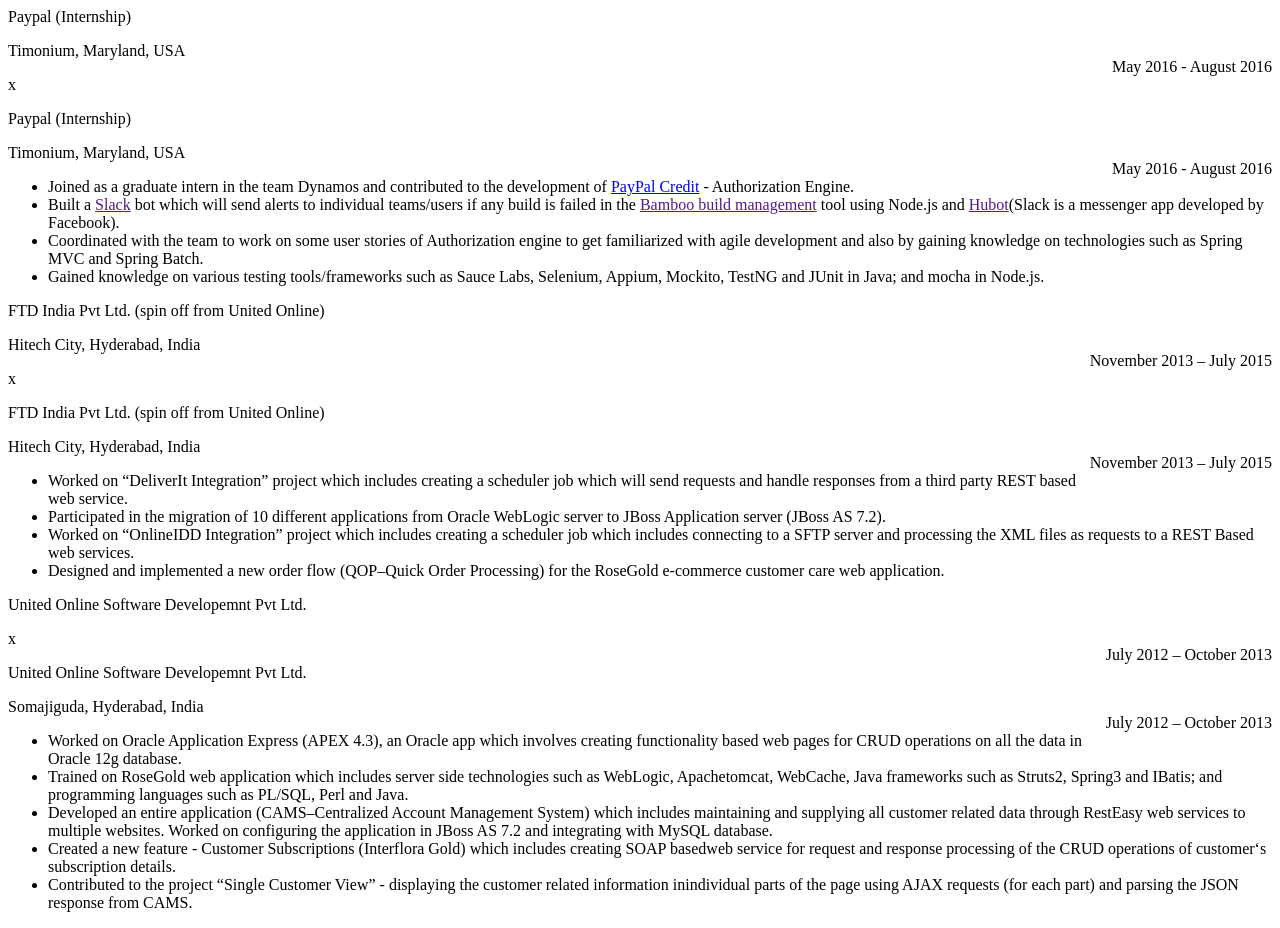
Repository: phanindrakannaji/Resume
Page: http://localhost/application/pages/experience.php
The author's editor kept a copy of each file at every save. The page is drawn from the files as they stood at one save, then again after the next save.
The browser window is 1280 px wide. The pictures show the whole page.
The page is run by PHP 8.4 with error messages shown; the project is at /var/www/html/.

Above is the page before, as saved 2016-09-25 17:03:59.
Console error: ReferenceError: $ is not defined

After the next save:
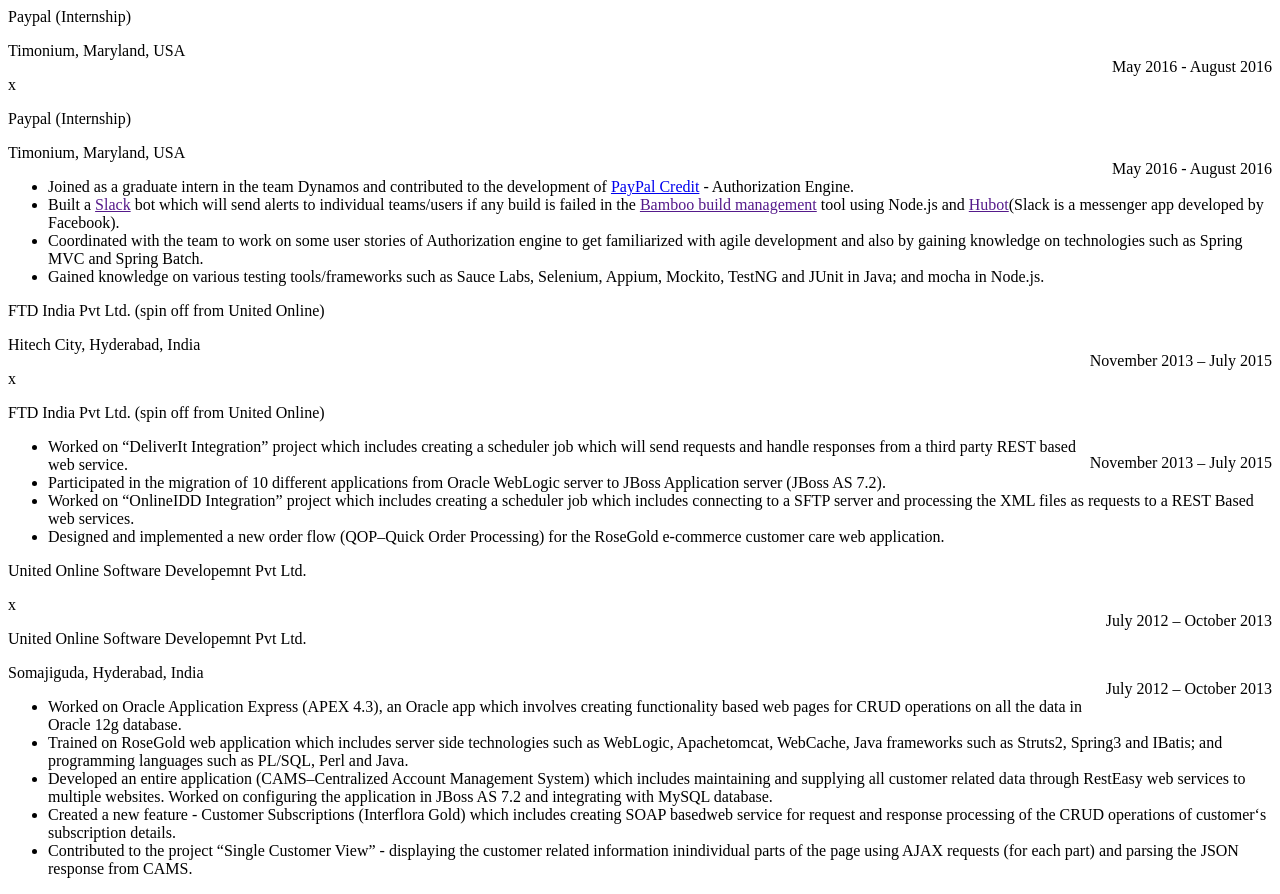
Saved 8 s later.
--- a/Resume/application/pages/experience.php
+++ b/Resume/application/pages/experience.php
@@ -55,8 +55,6 @@
 				Online)</p>
 			<p class="expHeadingContent" style="float: right;">November 2013 –
 				July 2015</p>
-			<p class=" expHeadingContent divExperiencelocation ">Hitech City,
-				Hyderabad, India</p>
 			<ul>
 				<li>Worked on “DeliverIt Integration” project which includes
 					creating a scheduler job which will send requests and handle
